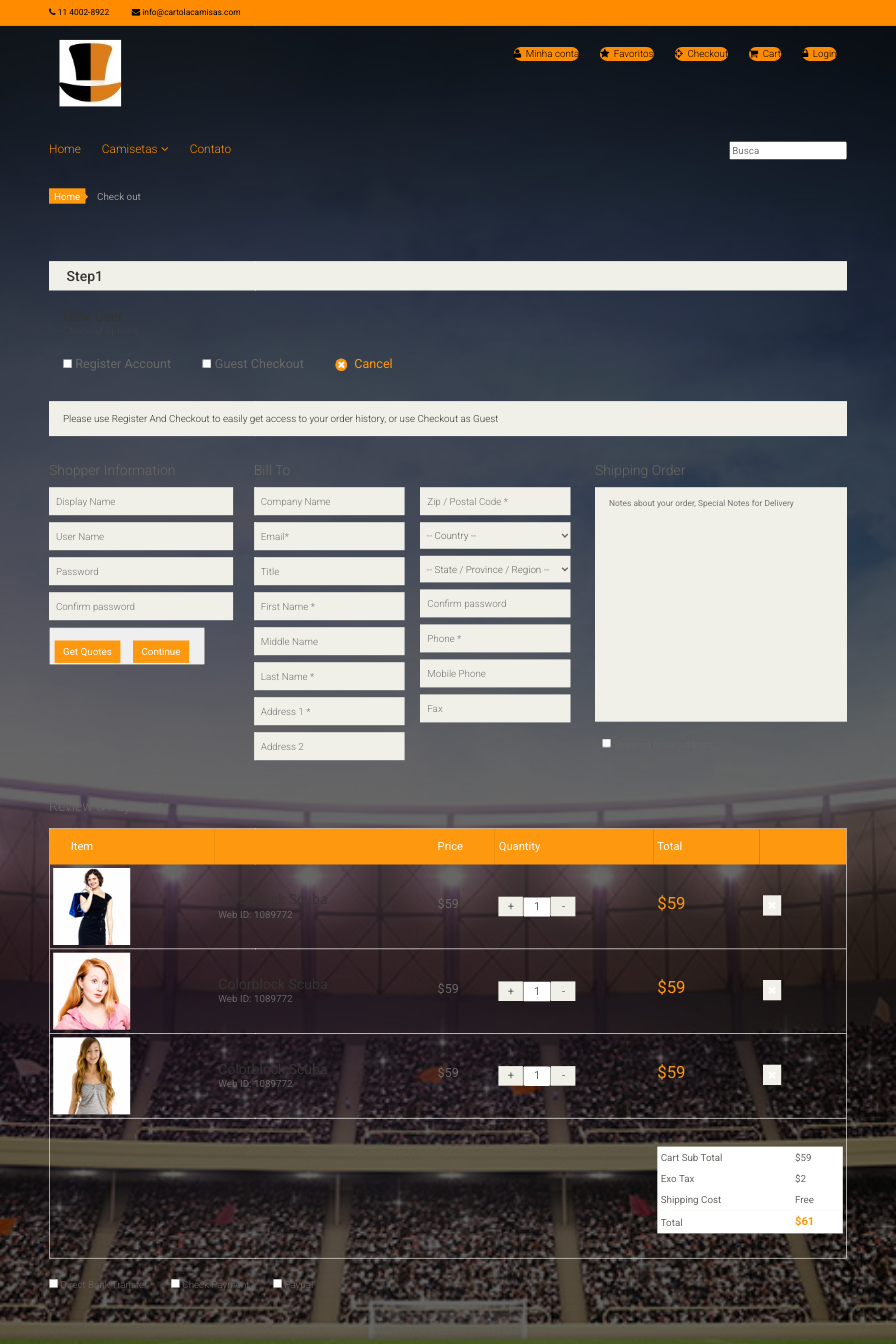
Repository: matheus-bms/camisetaPI
Page: http://localhost/checkout
The author's editor kept a copy of each file at every save. The page is drawn from the files as they stood at one save, then again after the next save.
The browser window is 1280 px wide. The pictures show the part of the page from y = 0 to 1920 px (the page is 2568 px tall), at 70% of full size.
Some web fonts or font styles are not loaded; a fallback is used. The page is served by the project's Node server (app.js).

Above is the page before, as saved 2022-04-26 22:54:23.

After the next save:
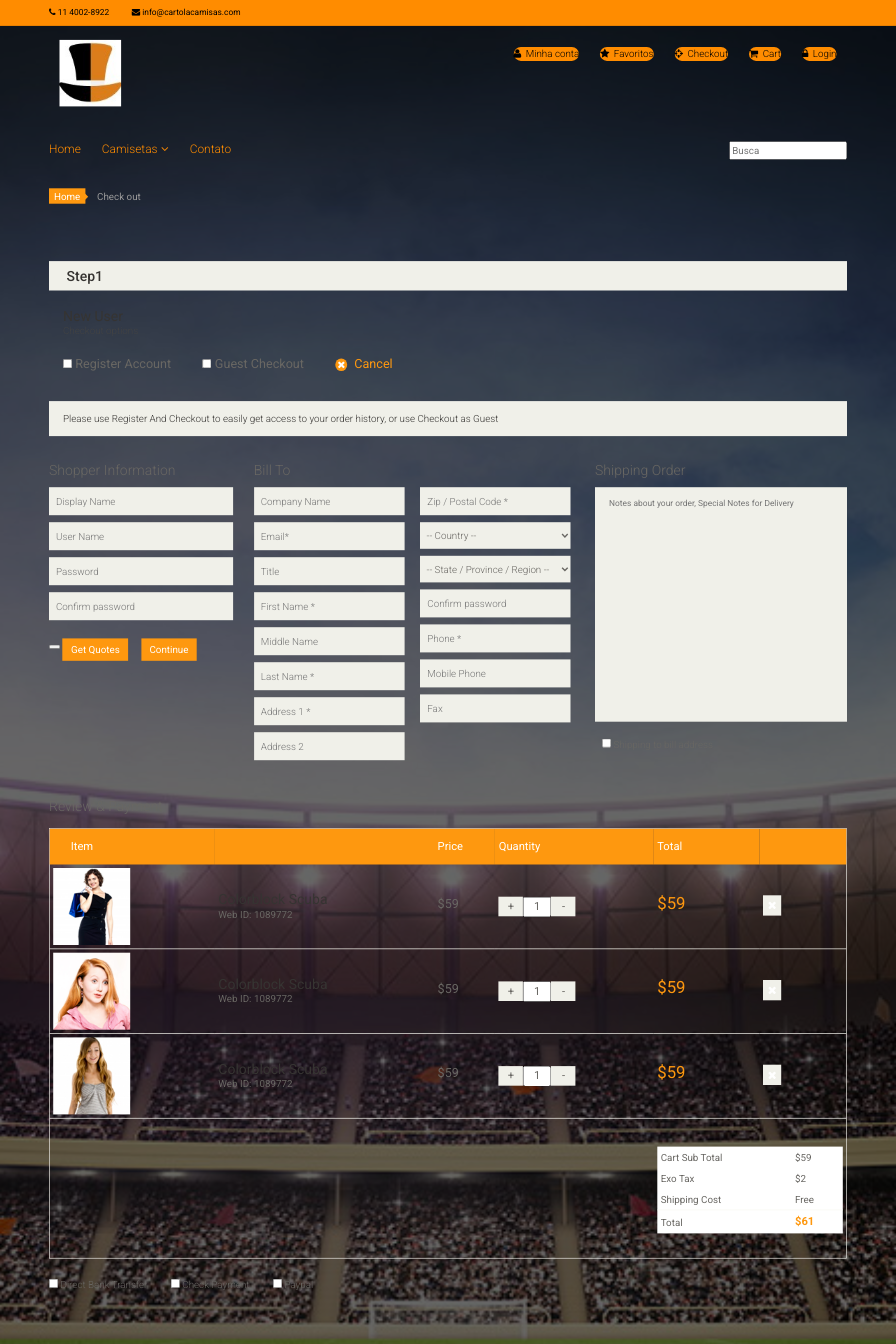
Saved 16 s later.
--- a/views/checkout.ejs
+++ b/views/checkout.ejs
@@ -46,7 +46,7 @@
 								<input type="password" placeholder="Password">
 								<input type="password" placeholder="Confirm password">
 							</form>
-							<button type="submit"</button>
+							<button type="submit"></button>
 							<a class="btn btn-primary" href="">Get Quotes</a>
 							<a class="btn btn-primary" href="">Continue</a>
 						</div>
